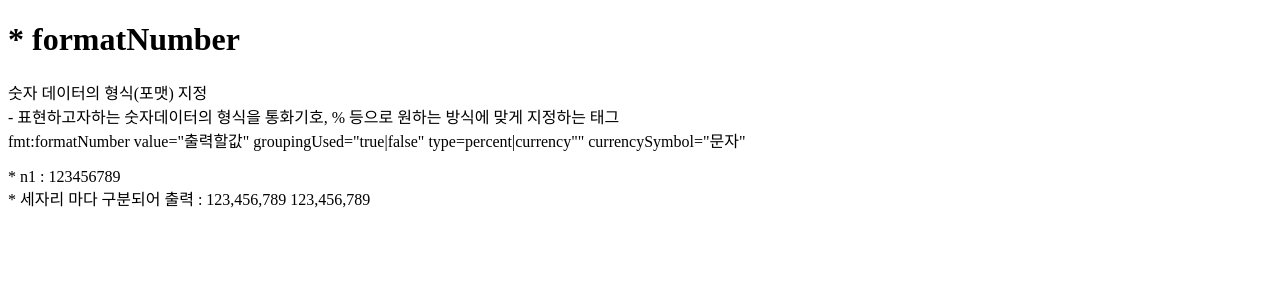
Repository: kkh1396/kh_front
Page: http://localhost/2_jsp/views/4_CustomAction/3_fmt.jsp
The author's editor kept a copy of each file at every save. The page is drawn from the files as they stood at one save, then again after the next save.
The browser window is 1280 px wide. The pictures show the whole page.
The page is served by Tomcat 9. Nobody is signed in. The application's start-up code is not run.

Above is the page before, as saved 2025-03-21 06:43:41.

After the next save:
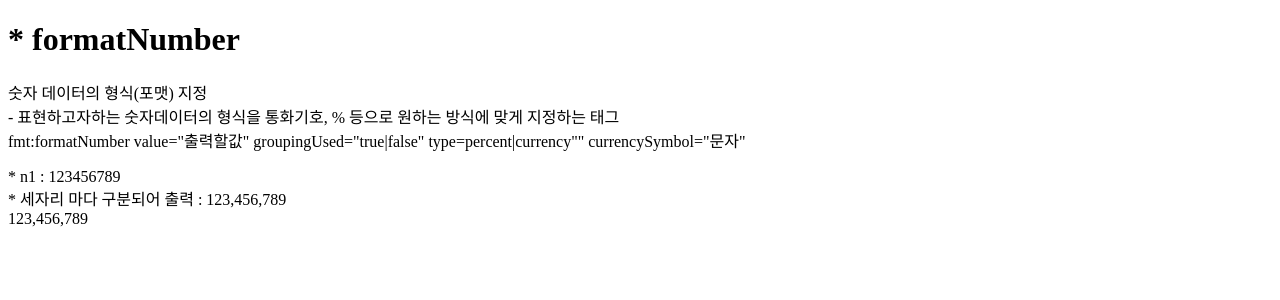
Saved 8 s later.
--- a/05_server/2_jsp/src/main/webapp/views/4_CustomAction/3_fmt.jsp
+++ b/05_server/2_jsp/src/main/webapp/views/4_CustomAction/3_fmt.jsp
@@ -27,7 +27,7 @@
 		<c:set var="n3" value="50000"/>
 
 		* n1 : ${ n1 } <br>
-		* 세자리 마다 구분되어 출력 : <fmt:formatNumber value="${ n1 }"/>
+		* 세자리 마다 구분되어 출력 : <fmt:formatNumber value="${ n1 }"/> <br>
 		<fmt:formatNumber value="${ n1 }" groupingUsed="true" />
 
 
